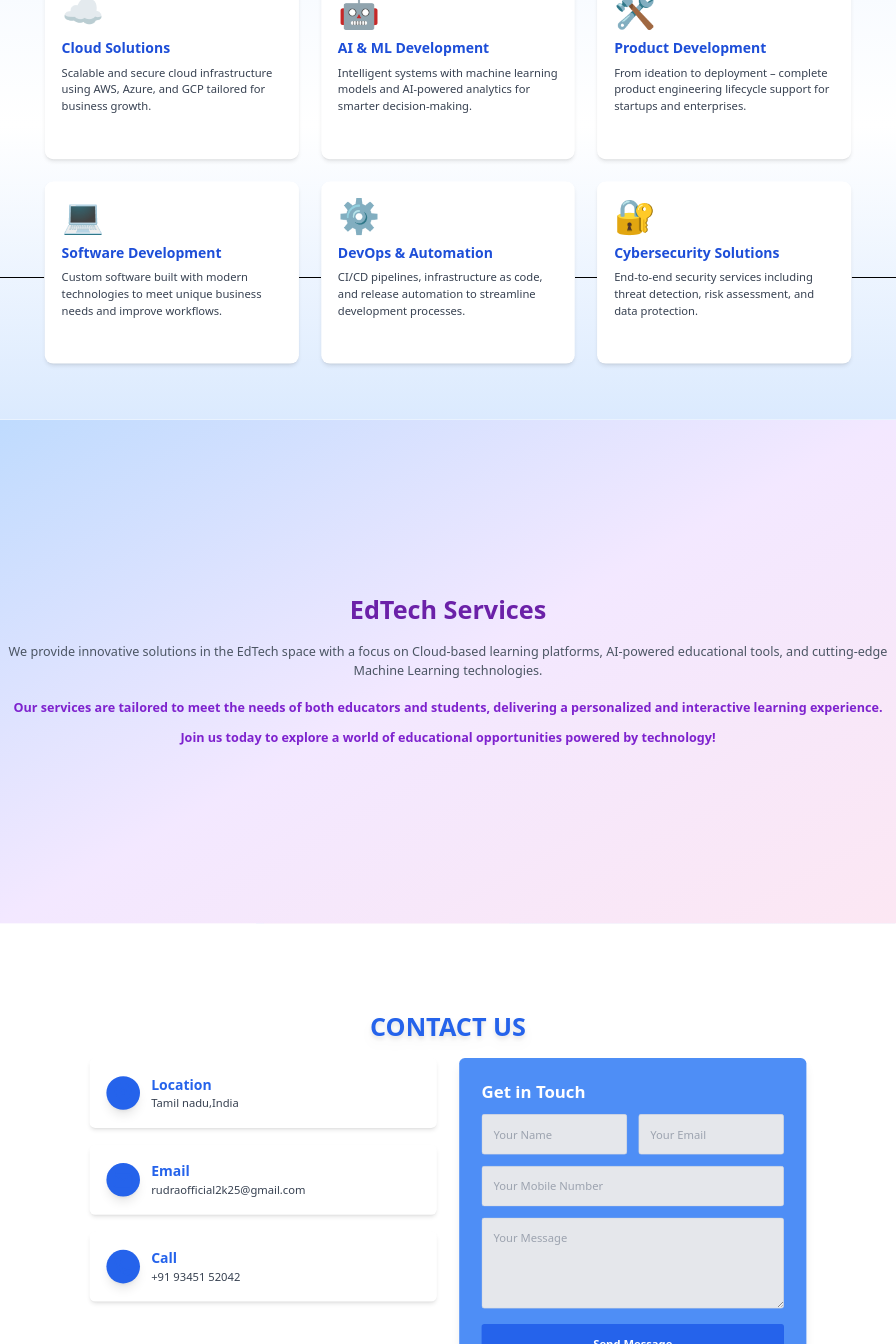
Repository: Rudra-Eswaran/Rudra_Official
Page: /
These files come from the project's save history. The page is drawn as it stood at one moment and after the next save; the edit follows.
The browser window is 1280 px wide. The pictures show the part of the page from y = 2509 to 4429 px (the page is 4832 px tall), at 70% of full size.
Some web libraries are served in a nearby version. The project was rebuilt for these pictures with package versions that can differ from the ones it lists, and the page was loaded fresh each time. Also part of the build but not shown: vite.config.js, src/components/Success.jsx, src/components/Failure.jsx.

Above is the page before, as saved 2025-04-16 21:13:06.

After the next save:
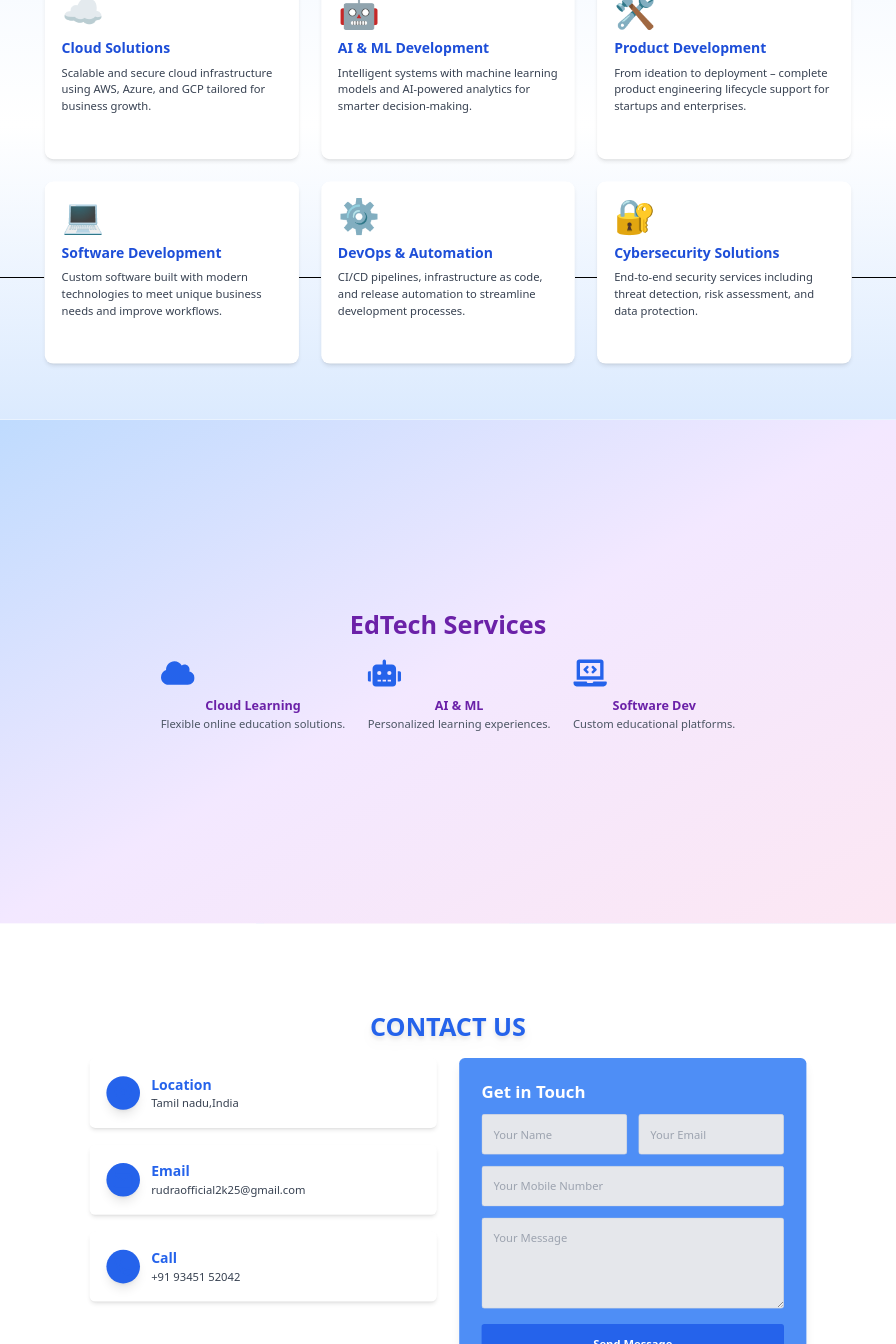
Saved 55 s later.
--- a/src/pages/Edtech.jsx
+++ b/src/pages/Edtech.jsx
@@ -1,6 +1,7 @@
 import React, { useEffect, useState } from "react";
 import AOS from "aos";
 import "aos/dist/aos.css"; // Import AOS CSS
+import { FaCloud, FaRobot, FaLaptopCode } from "react-icons/fa"; // Icons for Cloud, AI/ML, and Software Development
 
 const Edtech = () => {
   const [isLoading, setIsLoading] = useState(true);
@@ -50,27 +51,37 @@
             EdTech Services
           </h1>
 
-          {/* Edtech Description */}
-          <p
-            className="text-lg text-gray-600 mb-6"
-            data-aos="fade-up"
-            data-aos-delay="300"
-          >
-            We provide innovative solutions in the EdTech space with a focus on Cloud-based learning platforms, AI-powered educational tools, and cutting-edge Machine Learning technologies.
-          </p>
+          {/* Edtech Services Icons and Short Descriptions */}
+          <div className="flex space-x-8 justify-center">
+            <div
+              className="text-center"
+              data-aos="fade-up"
+              data-aos-delay="200"
+            >
+              <FaCloud className="text-5xl text-blue-600 mb-2" />
+              <h3 className="text-lg font-semibold text-purple-800">Cloud Learning</h3>
+              <p className="text-gray-600">Flexible online education solutions.</p>
+            </div>
 
-          {/* Additional Content */}
-          <div
-            className="text-lg font-semibold text-purple-700"
-            data-aos="fade-up"
-            data-aos-delay="500"
-          >
-            <p className="mb-4">
-              Our services are tailored to meet the needs of both educators and students, delivering a personalized and interactive learning experience.
-            </p>
-            <p>
-              Join us today to explore a world of educational opportunities powered by technology!
-            </p>
+            <div
+              className="text-center"
+              data-aos="fade-up"
+              data-aos-delay="300"
+            >
+              <FaRobot className="text-5xl text-blue-600 mb-2" />
+              <h3 className="text-lg font-semibold text-purple-800">AI & ML</h3>
+              <p className="text-gray-600">Personalized learning experiences.</p>
+            </div>
+
+            <div
+              className="text-center"
+              data-aos="fade-up"
+              data-aos-delay="400"
+            >
+              <FaLaptopCode className="text-5xl text-blue-600 mb-2" />
+              <h3 className="text-lg font-semibold text-purple-800">Software Dev</h3>
+              <p className="text-gray-600">Custom educational platforms.</p>
+            </div>
           </div>
         </div>
       )}
